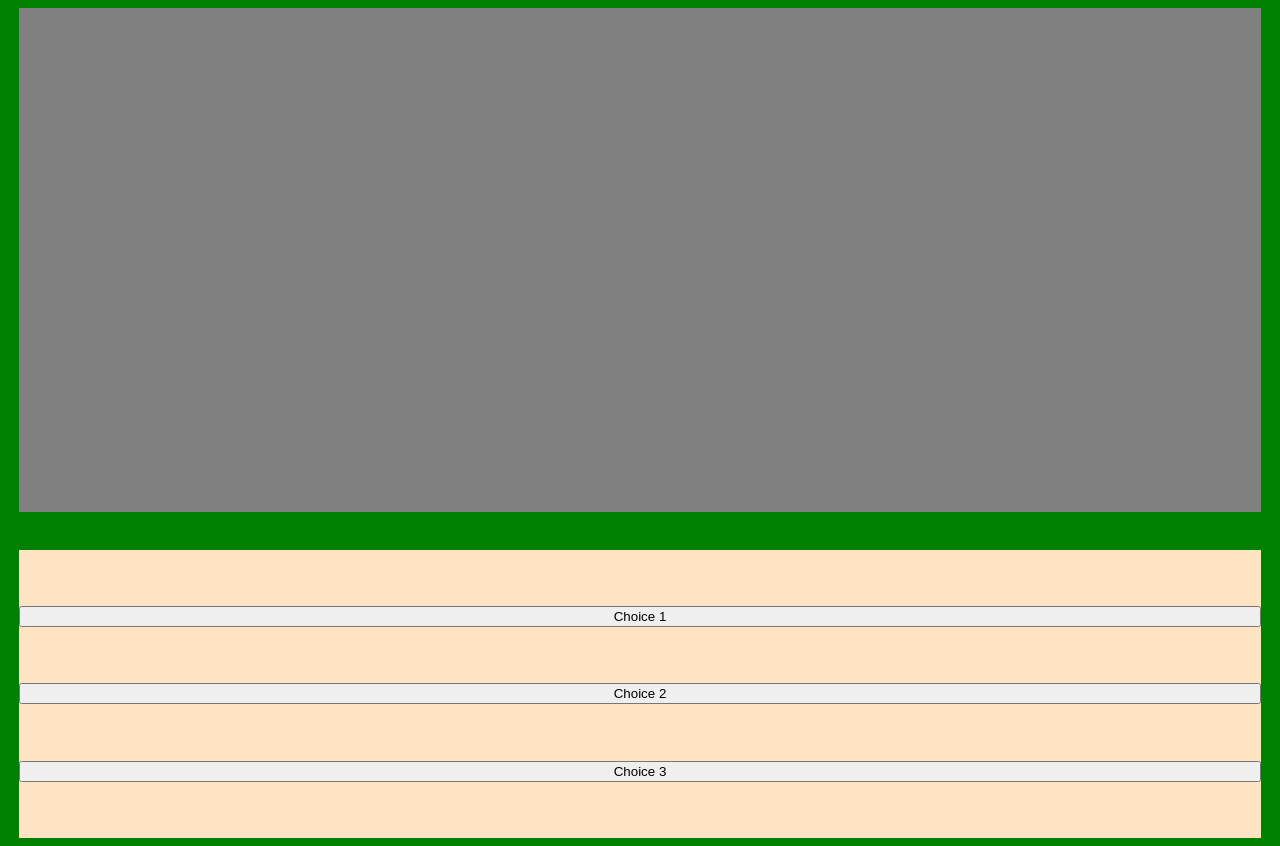
Repository: nguyenlejoe/Dynamic_notSoSherlock
Page: MultiChoice/MultiChoice.html
An editor plug-in stored every save of this project. The page is shown before and after the next save, followed by the edit.
The browser window is 1280 px wide. The pictures show the whole page.

Above is the page before, as saved 2020-03-05 18:41:23.

### MultiChoice/MultiChoice.html
<!DOCTYPE html>
<html>
    <head>
        <title>Inductive Thinking</title>
        <link rel="stylesheet" href="MultiChoice.css">
    </head>
    <body>
        <div id="app">
            <div id="crimeScene">
                <div class="evidence" id=""></div>
                <div class="evidence" id=""></div>
                <div class="evidence" id=""></div>
            </div>
            <div id="multiChoice">
                <button class="InductiveChoice" id="buttonA">Choice 1</button>
                <button class="InductiveChoice" id="buttonB">Choice 2</button>
                <button class="InductiveChoice" id="buttonC">Choice 3</button>
        </div>
        </div>
    </body>

</html>

### MultiChoice/MultiChoice.css

body{
    background-color: green;
}
#app{
    display: flex;
    flex-direction: column;
    align-items: center;
}

#crimeScene{
    height: 70vh;
    width: 97vw;
    background-color: grey;
}

#multiChoice{
    background-color:bisque;
    width: 97vw;
    height: 40vh;
    margin-top: 3%;
    display: flex;
    flex-direction: column;
    justify-content: space-evenly;
}

.inductiveChoice{
    width: 80;
    height: 30;
    background-color: blue;
}

After the next save:
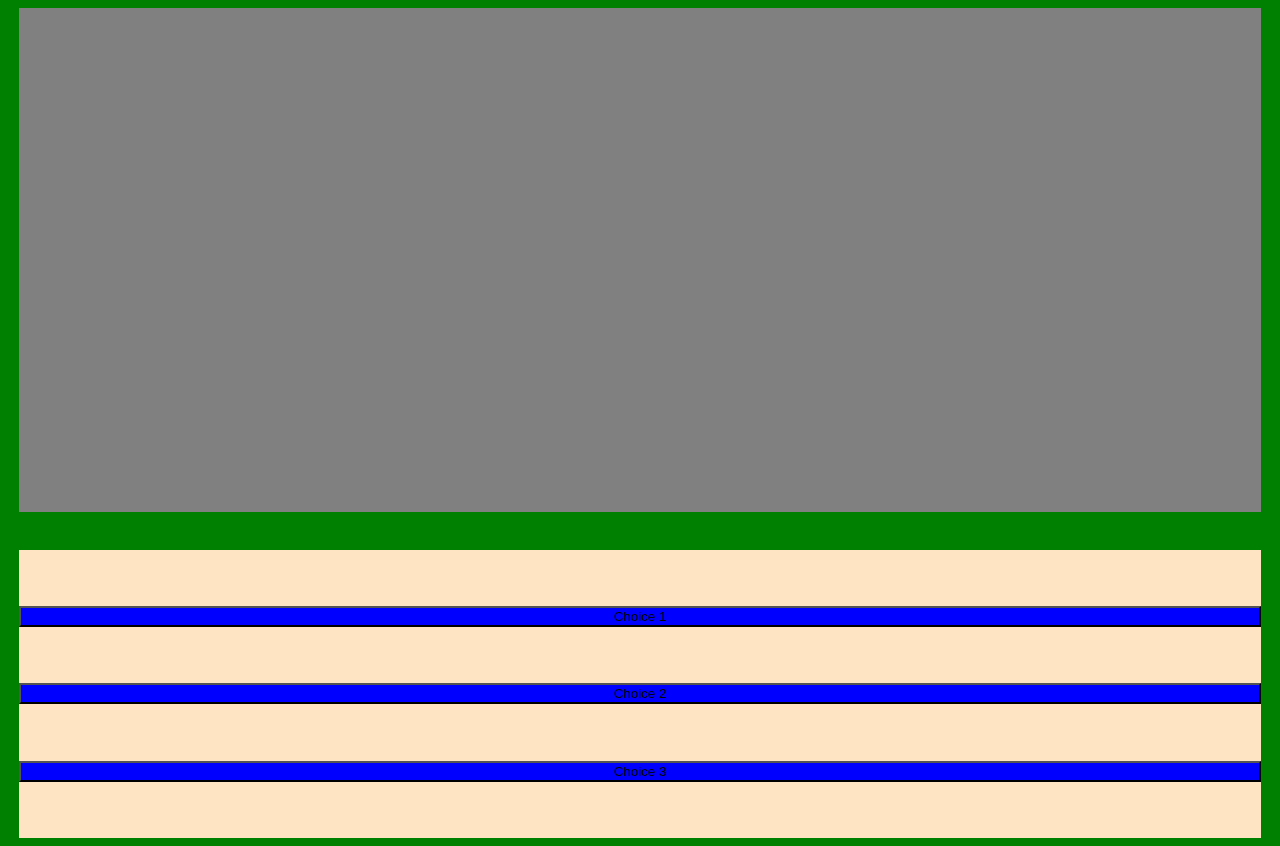
Saved 2 min 3 s later.
--- a/MultiChoice/MultiChoice.css
+++ b/MultiChoice/MultiChoice.css
@@ -24,7 +24,7 @@ body{
     justify-content: space-evenly;
 }
 
-.inductiveChoice{
+.InductiveChoice{
     width: 80;
     height: 30;
     background-color: blue;
